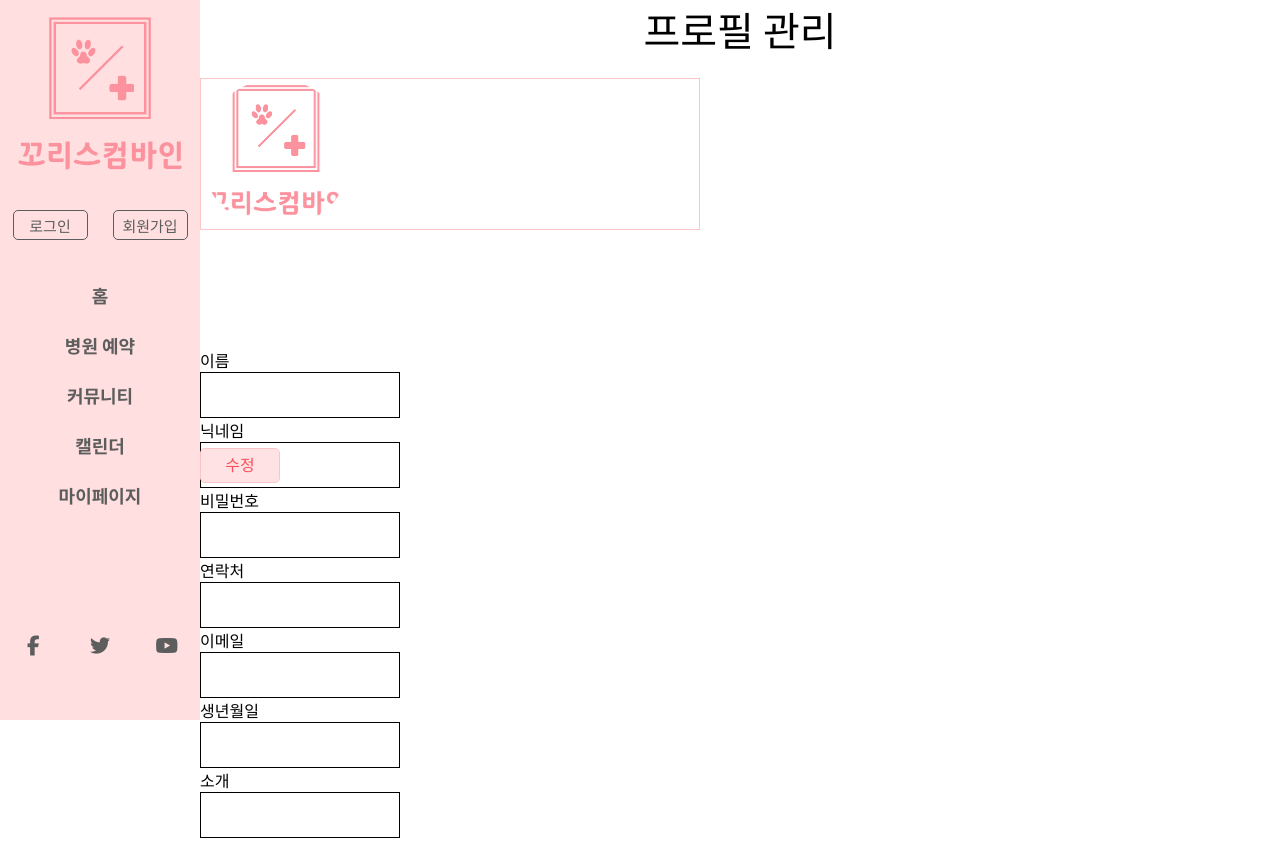
Repository: dodnam/kkoris
Page: http://localhost/1_kkoris/reservation2.jsp
These files come from the project's save history. The page is drawn as it stood at one moment and after the next save; the edit follows.
The browser window is 1280 px wide. The pictures show the whole page.
Some web libraries are served in a nearby version. The page is served by Tomcat 9.

Above is the page before, as saved 2020-02-18 00:07:52.

After the next save:
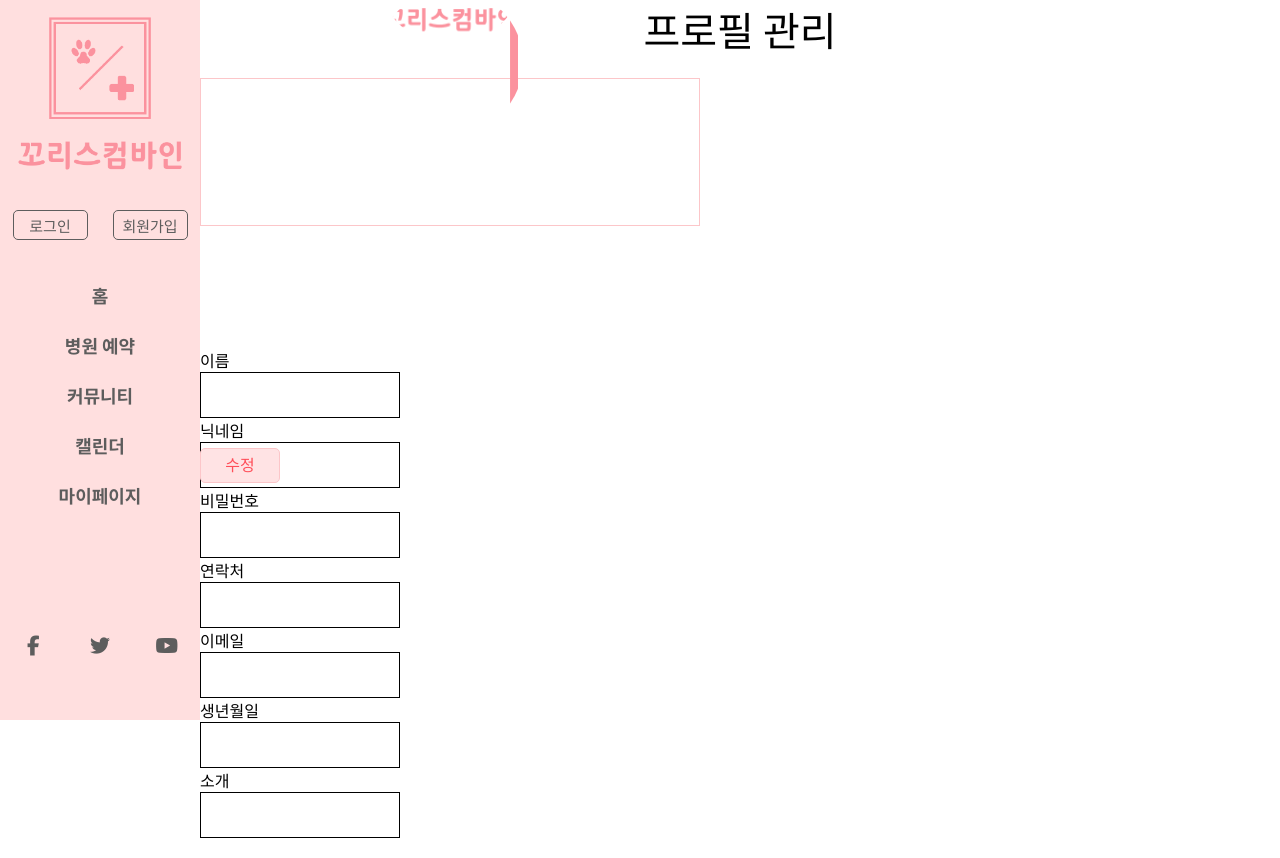
Saved 6 min 14 s later.
--- a/1_kkoris/WebContent/reservation2.jsp
+++ b/1_kkoris/WebContent/reservation2.jsp
@@ -9,8 +9,8 @@
 <link rel="stylesheet" type="text/css" href="<%= request.getContextPath() %>/css/layout.css"/>
 <style>
 	.box_con{width:500px; border:1px solid #fcc6c9;position:absolute;}
-	.box{width: 150px; height:150px; border-radius:70%; overflow:hidden; background-color:#fff;top:20px;}
-	.profile{width: 100%; height:100%; object-fit:cover; display:block; margin:0px auto;}
+
+	.profile{background: url('<%= request.getContextPath() %>/images/logo.png'); margin: 0px auto; border-radius: 80px; top: -90px; width: 146px; height: 146px; overflow: hidden; position: relative;}
 	.userTitle{font-size:40px; text-align:center; top:30px;}
 	.submit{line-height: 30px; text-align: center; background-color: #ffe3e4; color:#ff4e59;border: 1px solid #fcc6c9; border-radius: 5px; width: 80px; height: 35px; position: absolute;left:50%;top:20px; outline:none;}
 	.boxBody{position:absolute; top:250px;}
@@ -26,7 +26,7 @@
 
     	<div class="input-container">
     		<div class="box_con">
-	    		<div class="box">
+	    		<div class="profile">
 	    			<img class="profile" src="<%= request.getContextPath() %>/images/logo.png">
 	    		</div>
     		</div>
